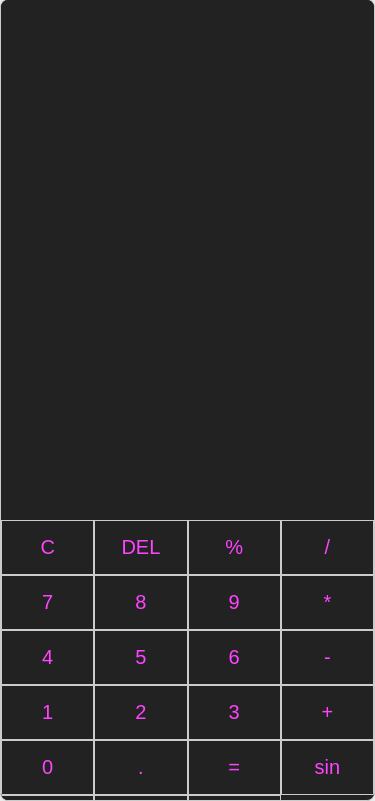
Repository: JuliusMonday/myCalculator
Page: index.html
An editor plug-in stored every save of this project. The page is shown before and after the next save, followed by the edit.
The browser window is 375 px wide. The pictures show the whole page.

Above is the page before, as saved 2024-05-31 08:57:23.

### index.html
<!DOCTYPE html>
<html lang="en">
<head>
    <meta charset="UTF-8">
    <meta name="viewport" content="width=device-width, initial-scale=1.0">
    <title>JuliusCalc - Scientific Calculator</title>
    <link rel="stylesheet" href="styles.css">
</head>
<body>
    <div class="calculator">
        <div class="display">
            <input type="text" id="result" disabled>
        </div>
        <div class="buttons">
            <button onclick="clearDisplay()">C</button>
            <button onclick="deleteChar()">DEL</button>
            <button onclick="appendChar('%')">%</button>
            <button onclick="appendChar('/')">/</button>

            <button onclick="appendChar('7')">7</button>
            <button onclick="appendChar('8')">8</button>
            <button onclick="appendChar('9')">9</button>
            <button onclick="appendChar('*')">*</button>

            <button onclick="appendChar('4')">4</button>
            <button onclick="appendChar('5')">5</button>
            <button onclick="appendChar('6')">6</button>
            <button onclick="appendChar('-')">-</button>

            <button onclick="appendChar('1')">1</button>
            <button onclick="appendChar('2')">2</button>
            <button onclick="appendChar('3')">3</button>
            <button onclick="appendChar('+')">+</button>

            <button onclick="appendChar('0')">0</button>
            <button onclick="appendChar('.')">.</button>
            <button onclick="calculate()">=</button>

            <button onclick="appendChar('Math.sin(')">sin</button>
            <button onclick="appendChar('Math.cos(')">cos</button>
            <button onclick="appendChar('Math.log(')">log</button>
            <button onclick="appendChar('Math.sqrt(')">√</button>
        </div>
        <marquee><p><b>JuliusCalc||</b> <em>Created by Julius</em></p></marquee>
    </div>
    <script src="index.js"></script>
</body>
</html>

### styles.css
body {
    display: flex;
    justify-content: center;
    align-items: center;
    height: 100vh;
    background-color: #f0f0f0;
    font-family: 'Arial', sans-serif;
    margin: 0;
}

.calculator {
    width: 300px;
    border: 1px solid #ccc;
    border-radius: 8px;
    overflow: hidden;
    box-shadow: 0 0 10px rgba(0, 0, 0, 0.1);
    background-color: #ffffff;
}

.display {
    background-color: #222;
    color: #fff;
    padding: 0;
    font-size: 24px;
    position: relative;
    height: 60px;
    display: flex;
    align-items: flex-end;
    padding-right: 10px;
}

.display input {
    width: 100%;
    border: none;
    background: none;
    color: #fff;
    text-align: right;
    font-size: 24px;
    padding: 0;
    box-sizing: border-box;
    line-height: 60px;
    height: 60px;
}

.buttons {
    display: grid;
    grid-template-columns: repeat(4, 1fr);
}

button {
    padding: 20px;
    font-size: 18px;
    border: 1px solid #ccc;
    background-color: #fff;
    cursor: pointer;
    transition: background-color 0.2s;
}

button:hover {
    background-color: #f0f0f0;
}

button:active {
    background-color: #ddd;
}

/* Responsive Design */
@media (max-width: 600px) {
    .calculator {
        width: 100%;
        height: 100%;
        border-radius: 5;
        background-color:#222;
    }
    .display {
        padding: 10px;
        font-size: 20px;
        height: 500px;
        /* margin-bottom: 100px; */
    }
    button {
        padding: 15px;
        font-size: 20px;
        background-color:#222;
        color: #f4f
    }
    body{

    }
}

### index.js
// script.js

function appendChar(char) {
    document.getElementById('result').value += char;
}

function clearDisplay() {
    document.getElementById('result').value = '';
}

function deleteChar() {
    let currentDisplay = document.getElementById('result').value;
    document.getElementById('result').value = currentDisplay.slice(0, -1);
}

function calculate() {
    try {
        let expression = document.getElementById('result').value;

        // Automatically close any opened parentheses
        let openParenthesisCount = (expression.match(/\(/g) || []).length;
        let closeParenthesisCount = (expression.match(/\)/g) || []).length;
        let missingCloseParenthesis = openParenthesisCount - closeParenthesisCount;

        for (let i = 0; i < missingCloseParenthesis; i++) {
            expression += ')';
        }

        let result = eval(expression);
        document.getElementById('result').value = result;
    } catch (error) {
        document.getElementById('result').value = 'Error';
    }
}

After the next save:
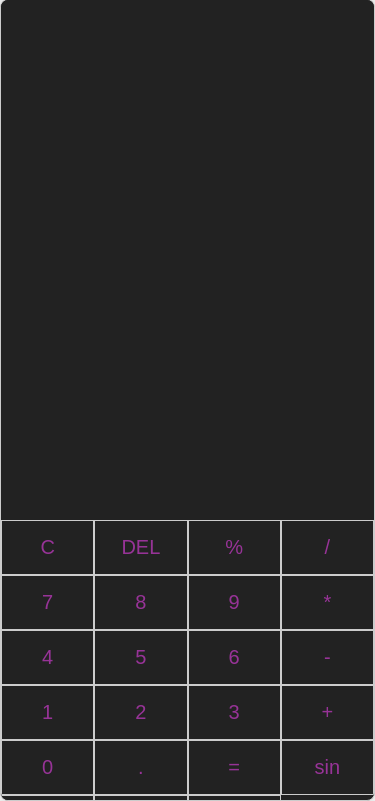
Saved 7 s later.
--- a/styles.css
+++ b/styles.css
@@ -82,7 +82,7 @@ button:active {
         padding: 15px;
         font-size: 20px;
         background-color:#222;
-        color: #f4f
+        color: #f4f8
     }
     body{
 
